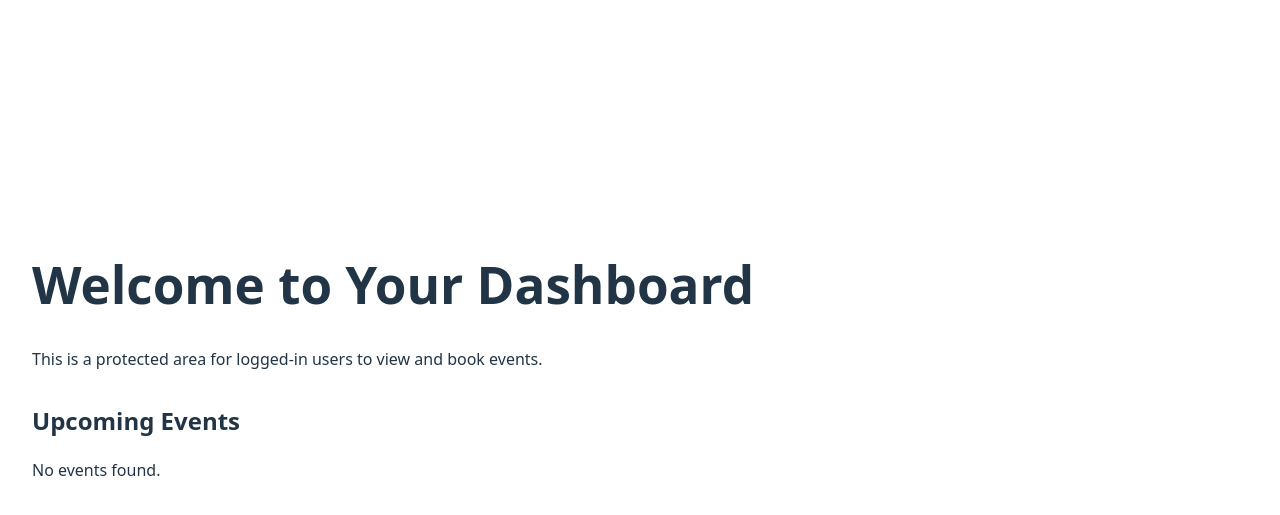
Repository: EphrahimLaanyu123/Karis
Page: /dashboard
An editor plug-in stored every save of this project. The page is shown before and after the next save, followed by the edit.
The browser window is 1280 px wide. The pictures show the whole page.
The page's requests for data from a server got no answer. The project was rebuilt for these pictures with package versions that can differ from the ones it lists, and the page was loaded fresh each time. No one was signed in, and anything a server would have sent is missing. Also part of the build but not shown: vite.config.js, src/components/Auth.jsx, src/components/admin/Dashboard.jsx, src/components/admin/ProtectedAdminRoute.jsx.

Above is the page before, as saved 2025-05-16 21:53:45.

After the next save:
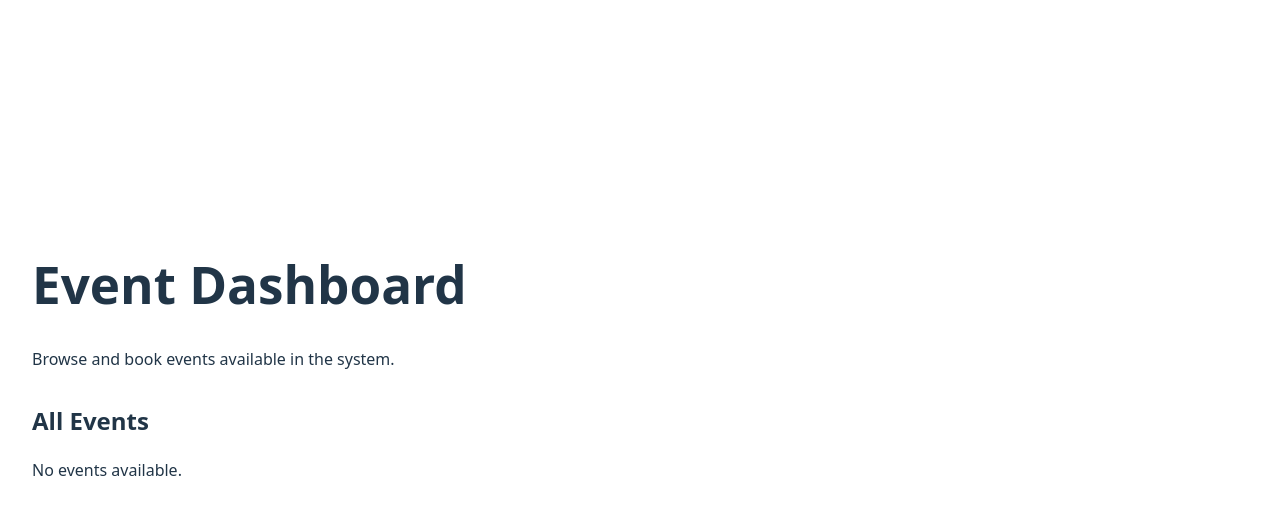
Saved 9 min 43 s later.
--- a/src/components/Dashboard.jsx
+++ b/src/components/Dashboard.jsx
@@ -4,28 +4,22 @@ import React, { useEffect, useState } from 'react';
 const Dashboard = () => {
   const [events, setEvents] = useState([]);
   const [loading, setLoading] = useState(true);
-  const [userId, setUserId] = useState(null); // Will be set from localStorage or auth
-  const [bookingStatus, setBookingStatus] = useState({}); // Tracks booking status per event
+  const [userId, setUserId] = useState(null);
+  const [bookingStatus, setBookingStatus] = useState({});
 
-  // Load user and events on mount
   useEffect(() => {
     const loadUserAndEvents = async () => {
       try {
-        // Get user ID from localStorage or auth context
         const storedUser = JSON.parse(localStorage.getItem('user'));
         if (storedUser && storedUser._id) {
           setUserId(storedUser._id);
-        } else {
-          console.warn('No user found in localStorage.');
-          return;
         }
 
-        // Fetch all events
         const res = await fetch('http://localhost:3000/api/events');
         const data = await res.json();
         setEvents(data);
       } catch (error) {
-        console.error('Error loading dashboard data:', error);
+        console.error('Error loading events:', error);
       } finally {
         setLoading(false);
       }
@@ -34,10 +28,9 @@ const Dashboard = () => {
     loadUserAndEvents();
   }, []);
 
-  // Handle booking a ticket
   const handleBookTicket = async (eventId) => {
     if (!userId) {
-      setBookingStatus((prev) => ({ ...prev, [eventId]: 'User not logged in.' }));
+      setBookingStatus((prev) => ({ ...prev, [eventId]: 'Please log in to book.' }));
       return;
     }
 
@@ -56,7 +49,7 @@ const Dashboard = () => {
           [eventId]: 'Ticket booked successfully!',
         }));
 
-        // Refresh events to update remaining ticket counts
+        // Refresh events
         const updatedRes = await fetch('http://localhost:3000/api/events');
         const updatedData = await updatedRes.json();
         setEvents(updatedData);
@@ -67,31 +60,29 @@ const Dashboard = () => {
         }));
       }
     } catch (error) {
-      console.error('Booking error:', error);
+      console.error('Error booking ticket:', error);
       setBookingStatus((prev) => ({
         ...prev,
-        [eventId]: 'An error occurred while booking.',
+        [eventId]: 'Booking failed due to server error.',
       }));
     }
   };
 
   return (
     <div style={{ padding: '2rem' }}>
-      <h1>Welcome to Your Dashboard</h1>
-      <p>This is a protected area for logged-in users to view and book events.</p>
+      <h1>Event Dashboard</h1>
+      <p>Browse and book events available in the system.</p>
 
-      <h2 style={{ marginTop: '2rem' }}>Upcoming Events</h2>
+      <h2 style={{ marginTop: '2rem' }}>All Events</h2>
 
       {loading ? (
         <p>Loading events...</p>
       ) : events.length === 0 ? (
-        <p>No events found.</p>
+        <p>No events available.</p>
       ) : (
         <ul style={{ listStyleType: 'none', padding: 0 }}>
           {events.map((event) => {
             const isBooked = bookingStatus[event._id] === 'Ticket booked successfully!';
-            const availableTickets = event.remainingTickets ?? (event.totalTickets - event.bookedTickets);
-
             return (
               <li
                 key={event._id}
@@ -109,19 +100,19 @@ const Dashboard = () => {
                 <p>
                   <strong>Total Tickets:</strong> {event.totalTickets}
                   <br />
-                  <strong>Remaining Tickets:</strong> {availableTickets}
+                  <strong>Remaining Tickets:</strong> {event.remainingTickets}
                 </p>
 
                 <button
                   onClick={() => handleBookTicket(event._id)}
-                  disabled={availableTickets <= 0 || isBooked}
+                  disabled={event.remainingTickets <= 0 || isBooked}
                   style={{
                     padding: '0.5rem 1rem',
                     borderRadius: '5px',
                     backgroundColor: isBooked ? 'gray' : '#007bff',
                     color: '#fff',
                     border: 'none',
-                    cursor: availableTickets <= 0 || isBooked ? 'not-allowed' : 'pointer',
+                    cursor: event.remainingTickets <= 0 || isBooked ? 'not-allowed' : 'pointer',
                   }}
                 >
                   {isBooked ? 'Already Booked' : 'Book Ticket'}
